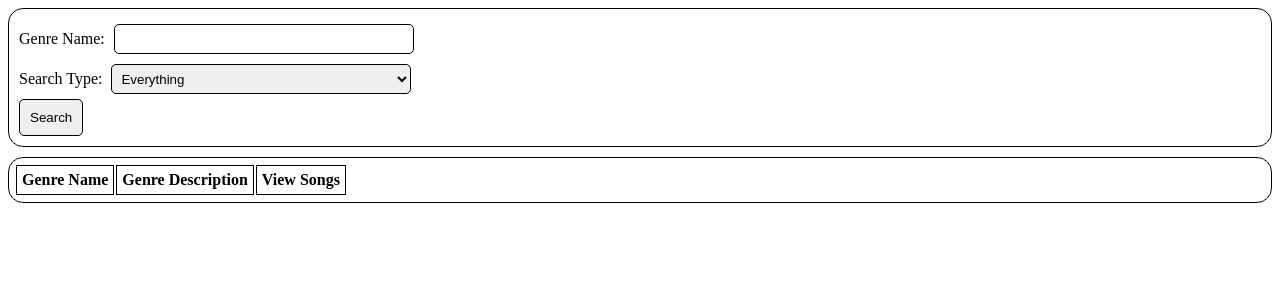
Repository: jasonfic/jmf194_INFSCI1017
Page: MusicJpaWeb/WebContent/genre2.html
These files come from the project's save history. The page is drawn as it stood at one moment and after the next save; the edit follows.
The browser window is 1280 px wide. The pictures show the whole page.

Above is the page before, as saved 2019-04-14 00:42:09.
Console error: SyntaxError: Unexpected token '*'

After the next save:
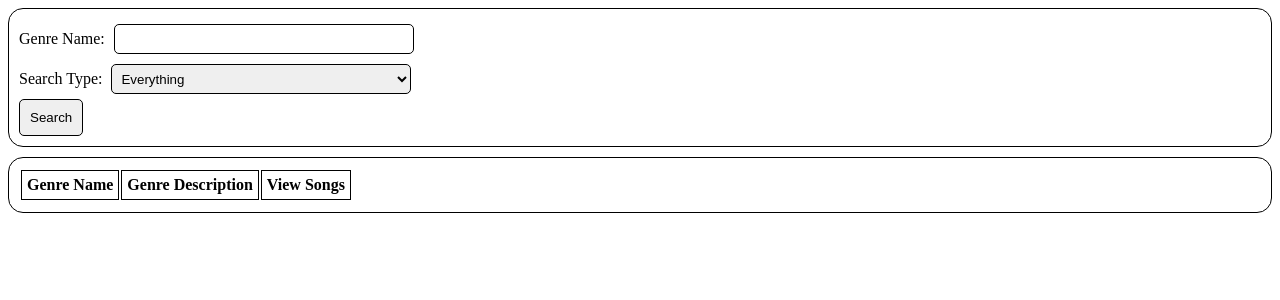
Saved 2 min 32 s later.
--- a/MusicJpaWeb/WebContent/css/style.css
+++ b/MusicJpaWeb/WebContent/css/style.css
@@ -15,8 +15,7 @@
 
 #searchResults {
 	border: 1px solid #000;
-	heading: 10px;
-	padding: 5px;
+	padding: 10px;
 	margin-top: 10px;
 	border-radius: 15px;
 }
@@ -30,5 +29,5 @@ input[type=button] {
 #tblSearchResults tr th, td {
 	border: 1px solid #000;
 	padding: 5px;
-	border-collapse: ;
+	border-collapse: collapse;
 }
